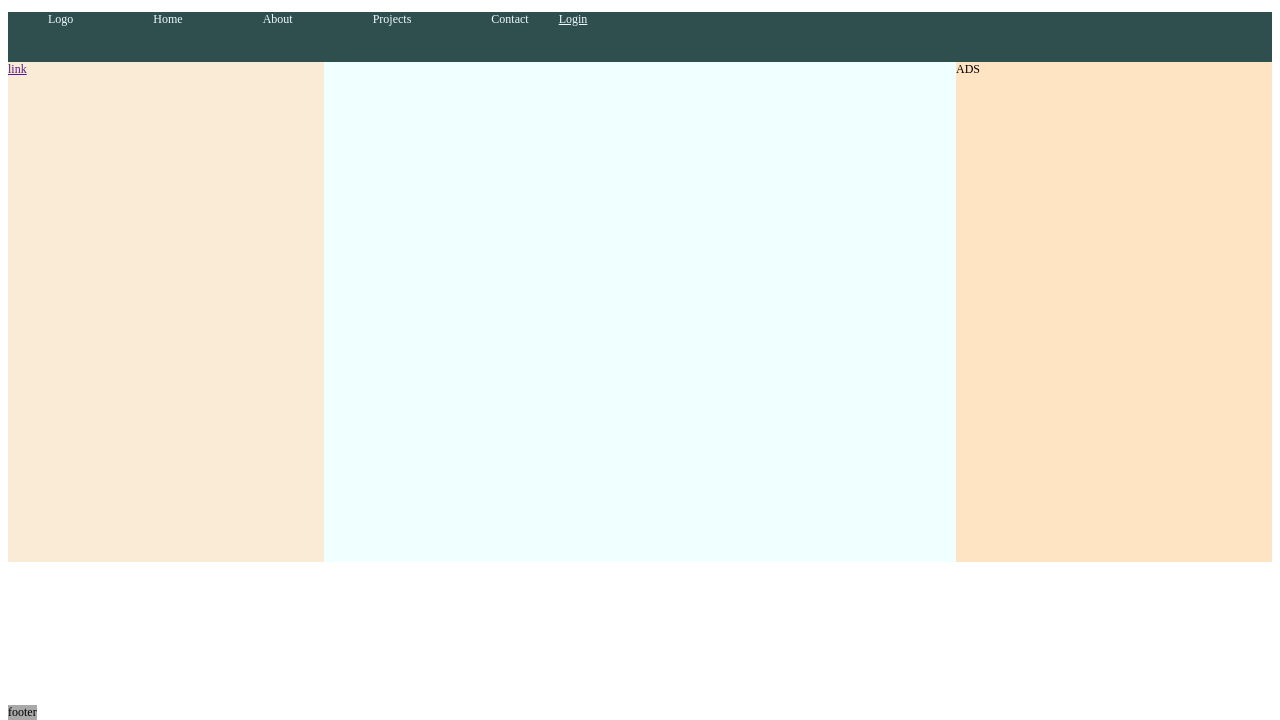
Repository: congle98/CSS_LayoutRWDCoBan
Page: index.html
The author's editor kept a copy of each file at every save. The page is drawn from the files as they stood at one save, then again after a run of saves.
The browser window is 1280 px wide. The pictures show the whole page.

Above is the page before, as saved 2021-05-26 16:18:52.

### index.html
<!DOCTYPE html>
<html lang="en">
<head>
    <meta charset="UTF-8">
    <meta http-equiv="X-UA-Compatible" content="IE=edge">
    <meta name="viewport" content="width=device-width, initial-scale=1.0">
    <title>Document</title>
    <style>
        .col-1 {width: 8.33%;}
        .col-2 {width: 16.66%;}
        .col-3 {width: 25%;}
        .col-4 {width: 33.33%;}
        .col-5 {width: 41.66%;}
        .col-6 {width: 50%;}
        .col-7 {width: 58.33%;}
        .col-8 {width: 66.66%;}
        .col-9 {width: 75%;}
        .col-10 {width: 83.33%;}
        .col-11 {width: 91.66%;}
        .col-12 {width: 100%;}
        body{
            font-family:'Times New Roman', Times, serif;
            font-size: 12px;
        }
        .header{
            top: 0;
            background-color: darkslategray;
            height: 50px;
        }
        .header__nav-item{
            position:relative;
            float: left;
            margin-right: 80px;
           list-style-type: none;
        }
        .header__nav-item a{
            color: aliceblue;
            text-decoration: none;
        }
        .header__nav-login{
            color: aliceblue;
            position:relative;
            right: 50px;
        }
        .left{
            height: 500px;
            background-color: antiquewhite;
            position: relative;
            float: left;
        }
        .main{
            height: 500px;
            background-color: azure;
            position: relative;
            float: left;
        }
        .right{
            height: 500px;
            background-color: bisque;
            position: relative;
            float: left;
        }
        .footer{
            background-color: darkgray;
            position: fixed;
            bottom: 0;
        }
    </style>
</head>
<body>
    <div class="app col-12">
        <header class="header col-12">
            <div class="header__nav-list col-8">
                 <ul>
                <li class="header__nav-item"><a href="">Logo</a></li>
                <li class="header__nav-item"><a href="">Home</a></li>
                <li class="header__nav-item"><a href="">About</a></li>
                <li class="header__nav-item"><a href="">Projects</a></li>
                <li class="header__nav-item"><a href="">Contact</a></li>
            </ul>
            </div>
            <div>
                <a class="header__nav-login col-4" href="">Login</a>
            </div>
        </header>
        <div class="left col-3">
            <a href="">link</a>
        </div>
        <div class="main col-6"></div>
        <div class="right col-3">ADS</div>
        <div class="footer">footer</div>
    </div>
</body>
</html>

After the next 6 saves:
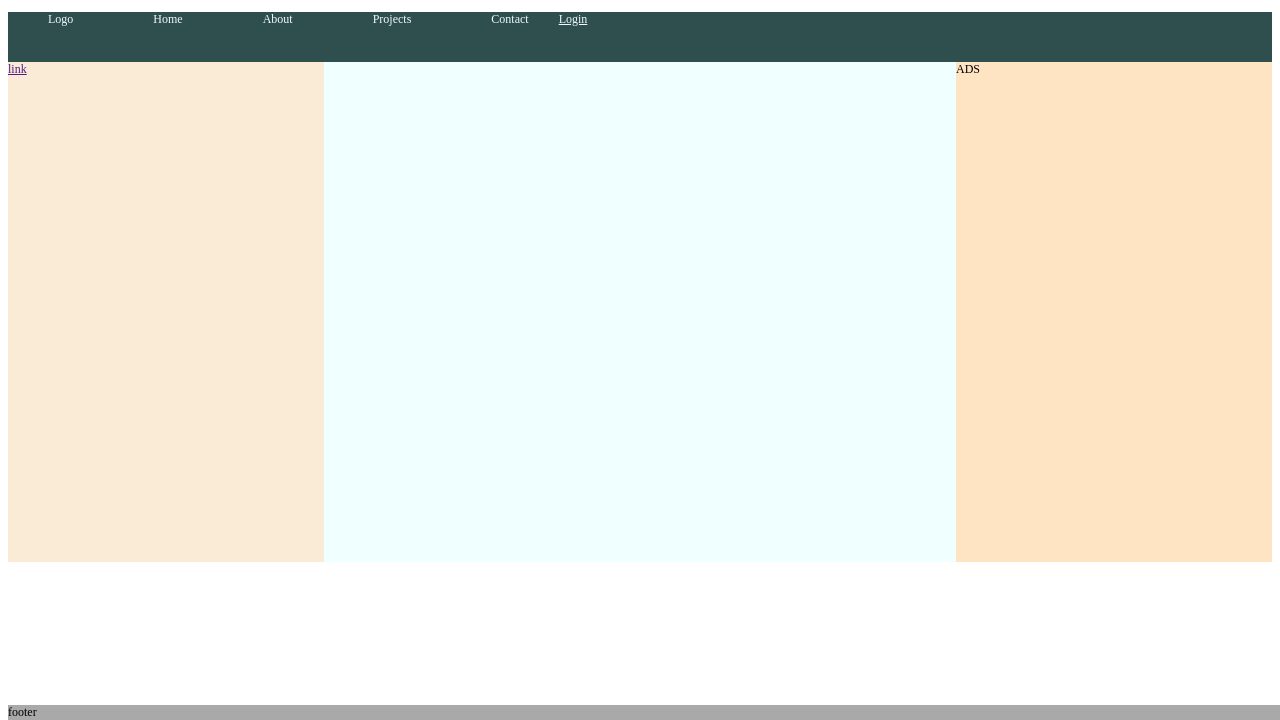
The 6 saves are shown as one change because they came seconds apart.
The last was saved 17 s later.
--- a/index.html
+++ b/index.html
@@ -64,6 +64,7 @@
             background-color: darkgray;
             position: fixed;
             bottom: 0;
+            height: ;
         }
     </style>
 </head>
@@ -88,7 +89,7 @@
         </div>
         <div class="main col-6"></div>
         <div class="right col-3">ADS</div>
-        <div class="footer">footer</div>
+        <div class="footer col-12">footer</div>
     </div>
 </body>
 </html>
